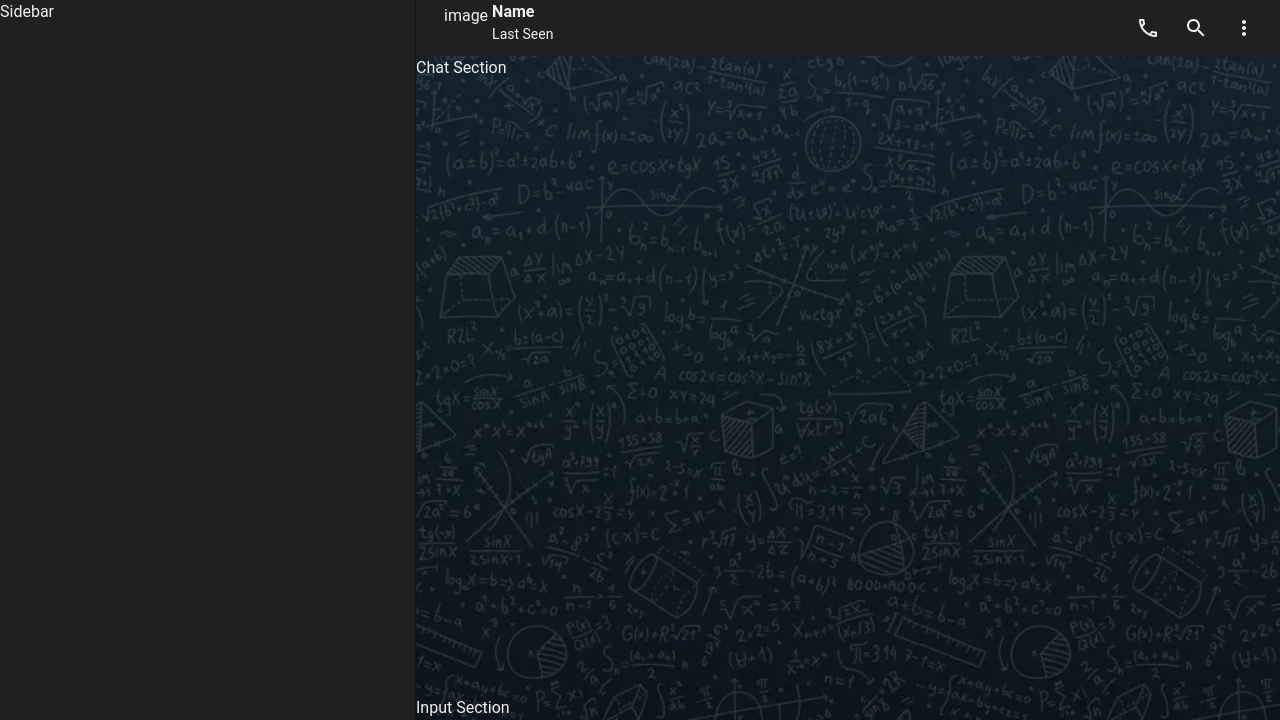
Repository: Qu4ntumGuy/telegram-clone
Page: /
These files come from the project's save history. The page is drawn as it stood at one moment and after the next save; the edit follows.
The browser window is 1280 px wide. The pictures show the whole page.
The project was rebuilt for these pictures with package versions that can differ from the ones it lists, and the page was loaded fresh each time. Also part of the build but not shown: src/Utils/ContextProvider.js, src/Pages/ChatPage.js/ChatPage.js.

Above is the page before, as saved 2024-07-15 12:06:10.

After the next save:
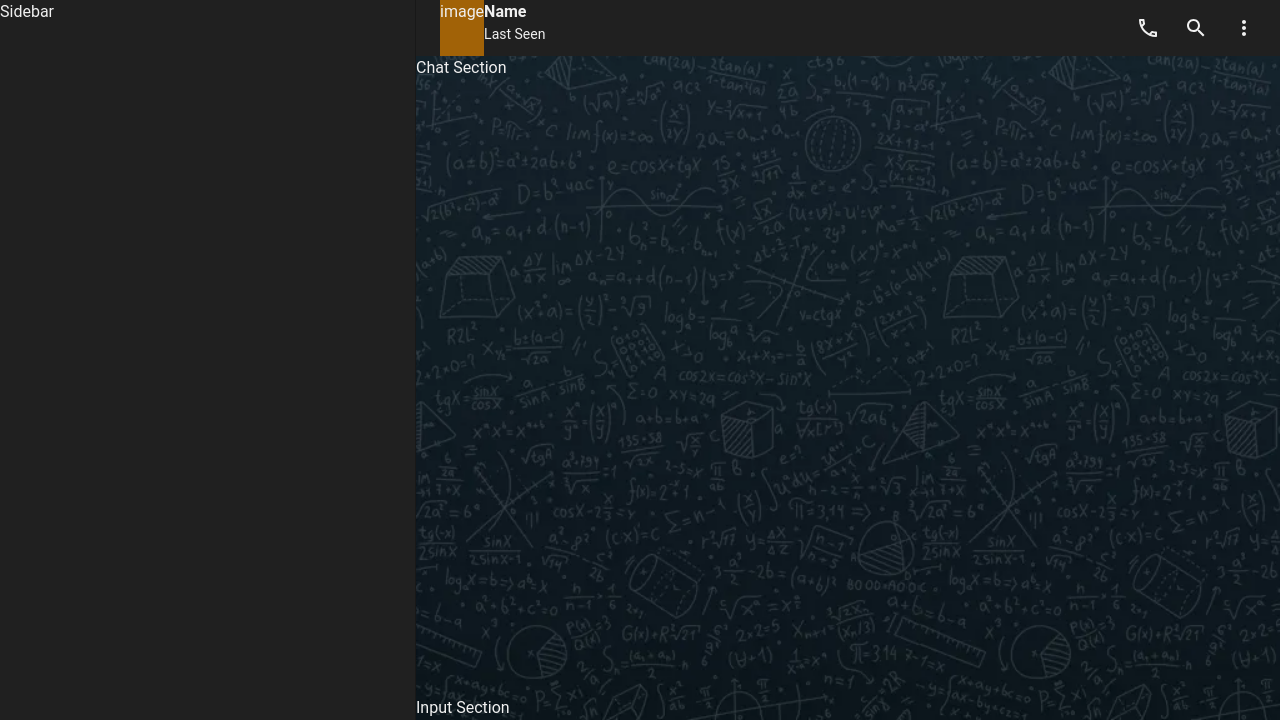
Saved 36 s later.
--- a/src/Components/Topbar.js
+++ b/src/Components/Topbar.js
@@ -7,7 +7,7 @@ function Topbar() {
   return (
     <div className="flex px-6 h-14">
       <div className="flex-1 flex">
-        <div className="m-1">image</div>
+        <div className="bg-yellow-700">image</div>
         <div className="flex flex-col">
           <div className="font-semibold">Name</div>
           <div className="text-sm"> Last Seen</div>
